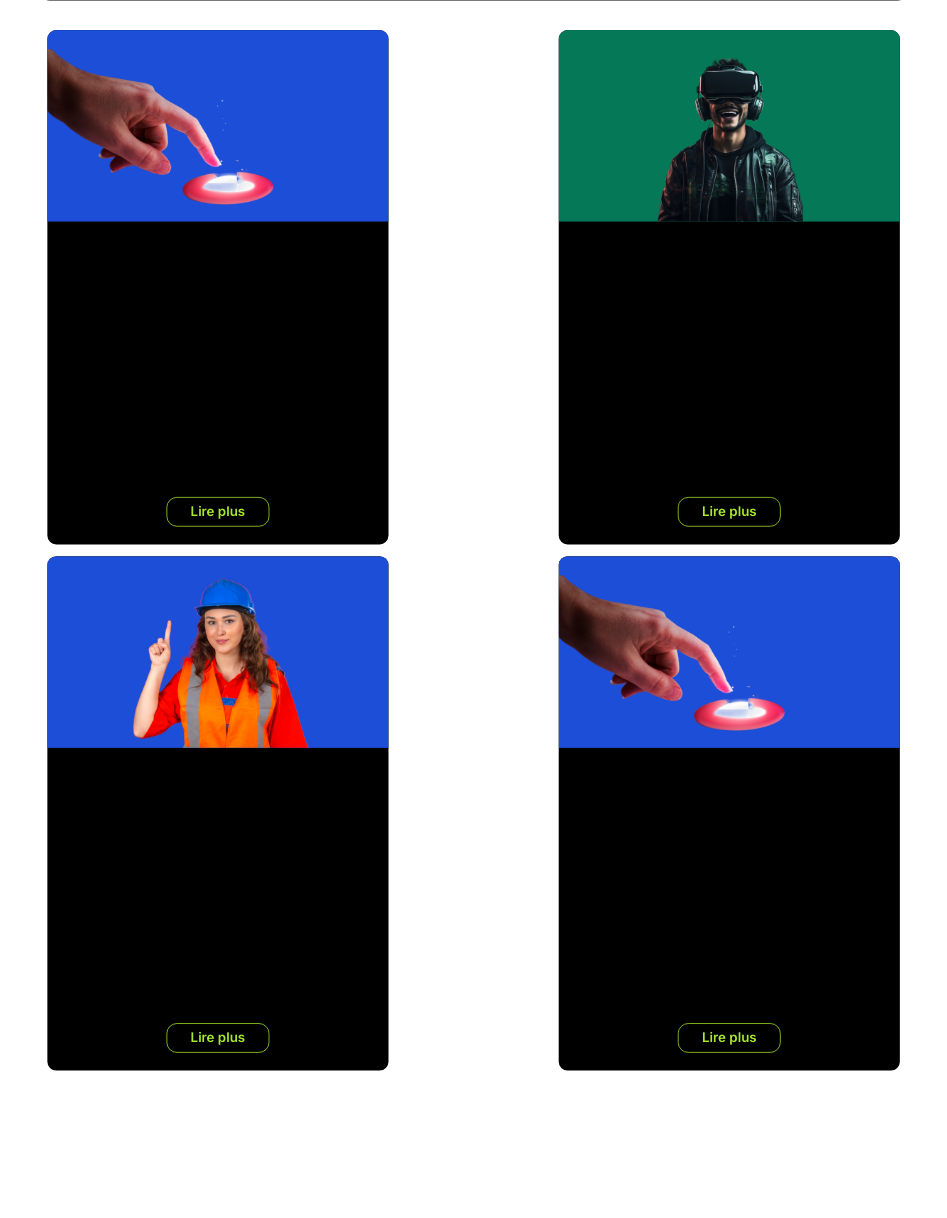
Repository: NassimeElkamari/test
Page: /blogs
The author's editor kept a copy of each file at every save. The page is drawn from the files as they stood at one save, then again after a run of saves.
The browser window is 1280 px wide. The pictures show the part of the page from y = 652 to 2298 px (the page is 2298 px tall), at 74% of full size.
The project was rebuilt for these pictures with package versions that can differ from the ones it lists, and the page was loaded fresh each time. The framework's server and built-in components were replaced by stand-ins that run in the browser. Also part of the build but not shown: next.config.mjs.

Above is the page before, as saved 2024-06-12 15:49:24.

### src/app/blogs/page.tsx
import Image from 'next/image';
import React from 'react';
import { MdDateRange } from "react-icons/md";
import BlogCard from '../../components/BlogCard';
import { cardData } from '../../data/cardData';


const Blog = () => {
  return (
    <div className='bg-white'>
      <div className='flex justify-center'>
        <h1 className="text-4xl font-bold text-center">Blog</h1>
      </div>
      <div className="relative w-[92vw] h-[85vh] mx-auto  overflow-hidden bg-black  pt-5 pl-8 flex flex-col justify-start rounded-2xl">
        <Image
          src="/bgImage.jpg"
          layout="fill"
          objectFit="cover"
          objectPosition="top"
          quality={100}
          alt="Background Image"
          className="opacity-30 bg-black"
        />
        <div className="absolute inset-0 flex flex-col justify-center text-white mt-[6%] p-4 pl-8">
          <h1 className="text-[52px] font-semibold mb-4">
          Ouvrez les portes de la connaissance <br /> avec nos Blogs stimulants
          </h1>
          <p className="text-[17px] mb-8">
          Découvrez les dernières actualités de 2peerfect dans une multitude de domaines passionnants. <br />Plongez-vous dans nos articles pour rester à jour sur les tendances les plus récentes en technologie, <br /> santé mentale, Design, Business, et bien plus encore. Avec une expertise diversifiée et des perspectives variées,<br /> 2peerfect vous offre un aperçu complet et captivant des développements les plus récents à travers différents secteurs.<br /> Ne manquez rien de ce qui se passe dans le monde, suivez 2peerfect pour rester informé et inspiré.
          </p>
          <div className="flex flex-wrap justify-between space-x-4 w-[80%]">
            <div className="bg-transparent rounded-lg shadow-md w-[15%] h-10 mb-4 border border-[#A7E92F] flex items-center justify-center">
              <h2 className="text-lg font-semibold text-center">Marketing</h2>
            </div>
            <div className="bg-transparent rounded-lg shadow-md w-[15%] h-10 mb-4 border border-[#A7E92F] flex items-center justify-center">
              <h2 className="text-lg font-semibold text-center">Design</h2>
            </div>
            <div className="bg-transparent rounded-lg shadow-md w-[15%] h-10 mb-4 border border-[#A7E92F] flex items-center justify-center">
              <h2 className="text-lg font-semibold text-center">Business</h2>
            </div>
            <div className="bg-transparent rounded-lg shadow-md w-[15%] h-10 mb-4 border border-[#A7E92F] flex items-center justify-center">
              <h2 className="text-lg font-semibold text-center">IT</h2>
            </div>
            <div className="bg-transparent rounded-lg shadow-md w-[15%] text-center h-10 mb-4 border border-[#A7E92F] flex items-center justify-center">
              <h2 className="text-lg font-semibold">Psychologie</h2>
            </div>


            {/* Add more cards as needed */}
          </div>
        </div>
      </div>
      <div className='second-section w-[90vw] mx-auto mt-10 flex justify-center'>
  <div className="flex flex-wrap gap-4 justify-between ">
  {cardData.map((card) => (
              <BlogCard
                imageSrc={card.imageSrc}
                title={card.title}
                description={card.description}
                date={card.date}
                color={card.background}
              />
          ))}
  </div>
</div>






        <div className='h-[30vh]'>

        </div>

    </div>
  );
};

export default Blog;

### src/components/BlogCard.tsx
import Image from 'next/image'
import React from 'react'
import { MdDateRange } from "react-icons/md";


const BlogCard = ({ imageSrc, title, description, date , color}) => {
  return (
    <div className='w-[40%] h-[50%] bg-black rounded-xl flex flex-col'>
    <div className="w-[100%] h-2/5 relative">
        <Image
        src={imageSrc}
        layout='responsive'
        height={100}
        width={100}
        alt="Card Image"
        className="w-full h-full rounded-t-xl "
        style={{backgroundColor: `${color}`}}
        />
    </div>
    <div className="pt-14 flex justify-center items-center flex-col px-5">
        <h1 className="text-[32px] font-semibold">{title}</h1>
        <p className="text-md mt-5">{description}</p>
    </div>
    <div className="flex items-center justify-end mt-10 mr-2">
        <MdDateRange width={70} height={70} className='mr-4'/>
        <p className="mr-2">{date}</p>
    </div>
    <div className="flex justify-center mt-8 mb-6"> {/* Added justify-center class */}
        <button className="bg-black rounded-[14px] shadow-md w-[30%] text-center h-10 border border-[#A7E92F] flex items-center justify-center">
        <h2 className="text-lg font-semibold text-[#A7E92F]">Lire plus</h2> {/* Added text-white class */}
        </button>
    </div>
    </div>
  )
}

export default BlogCard

### src/data/cardData.js
export const cardData = [
  {
    id: 1,
    imageSrc: "/card11.png",
    title: "L'impact des médias sociaux sur la santé mental",
    description: "Discuter de la façon dont les likes, les commentaires et les partages peuvent devenir une mesure de notre valeur personnelle, et comment cela peut affecter notre estime de soi et notre bien-être émotionnel...",
    date: "11 Décembre 2023",
    background: '#1D4ED8' // Background color for the first card
  },
  {
    id: 2,
    imageSrc: "/card22.png",
    title: "22222L'impact des médias sociaux sur la santé mental",
    description: "Discuter de la façon dont les likes, les commentaires et les partages peuvent devenir une mesure de notre valeur personnelle, et comment cela peut affecter notre estime de soi et notre bien-être émotionnel...",
    date: "11 Décembre 2023",
    background: '#047857' // Background color for the second card
  },
  {
    id: 3,
    imageSrc: "/card33.png",
    title: "33333L'impact des médias sociaux sur la santé mental",
    description: "Discuter de la façon dont les likes, les commentaires et les partages peuvent devenir une mesure de notre valeur personnelle, et comment cela peut affecter notre estime de soi et notre bien-être émotionnel...",
    date: "11 Décembre 2023",
    background: '#1D4ED8' // Background color for the third card
  },
  {
    id: 4,
    imageSrc: "/card11.png",
    title: "44444 des médias sociaux sur la santé mental",
    description: "Discuter de la façon dont les likes, les commentaires et les partages peuvent devenir une mesure de notre valeur personnelle, et comment cela peut affecter notre estime de soi et notre bien-être émotionnel...",
    date: "11 Décembre 2023",
    background: '#1D4ED8' // Background color for the fourth card
  },
];

Loaded but not shown: src/app/layout.tsx (common file); src/app/globals.css (common file); tailwind.config.ts (common file)

After the next 2 saves:
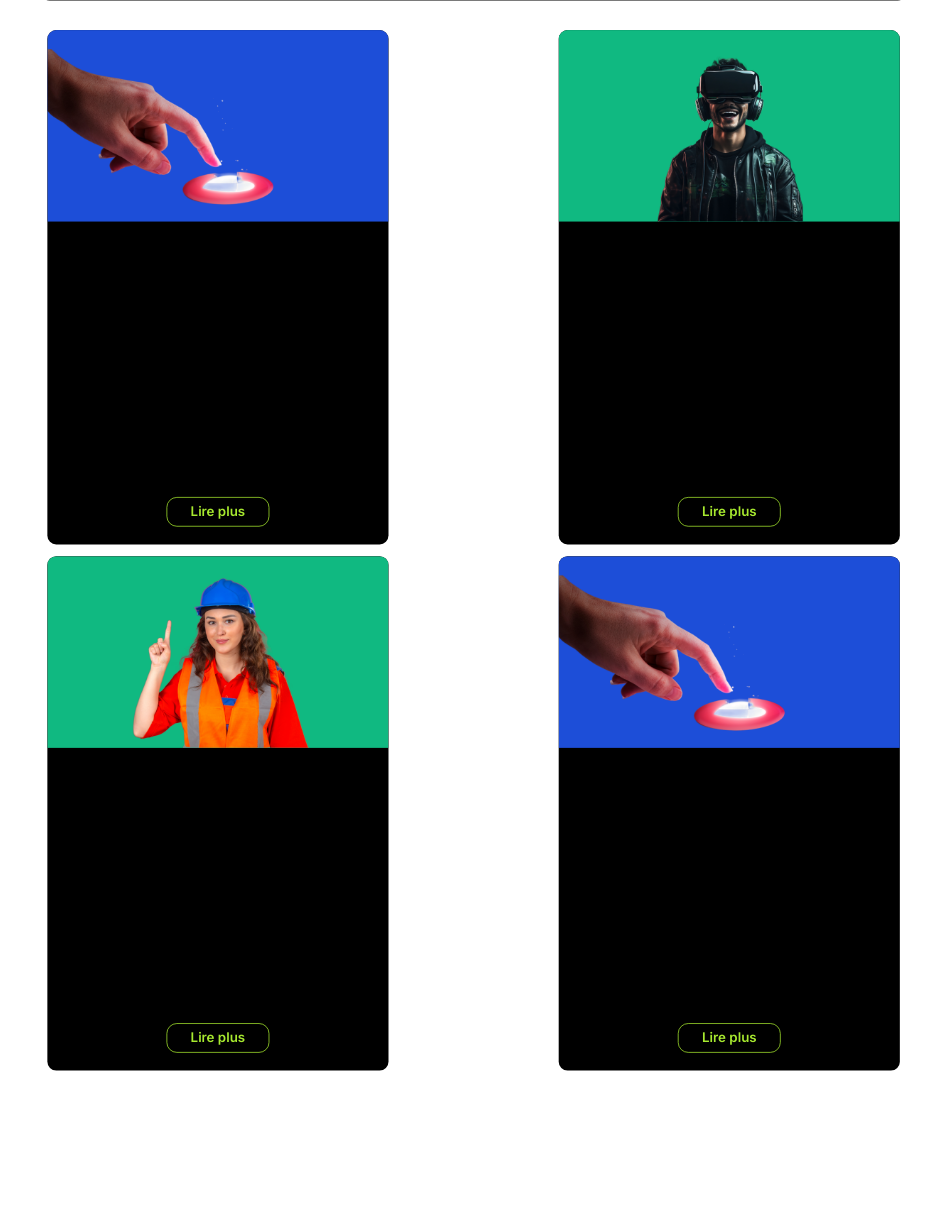
The 2 saves are shown as one change because they came seconds apart.
The last was saved 26 s later.
--- a/src/data/cardData.js
+++ b/src/data/cardData.js
@@ -13,7 +13,7 @@ export const cardData = [
     title: "22222L'impact des médias sociaux sur la santé mental",
     description: "Discuter de la façon dont les likes, les commentaires et les partages peuvent devenir une mesure de notre valeur personnelle, et comment cela peut affecter notre estime de soi et notre bien-être émotionnel...",
     date: "11 Décembre 2023",
-    background: '#047857' // Background color for the second card
+    background: '#10B981' // Background color for the second card
   },
   {
     id: 3,
@@ -21,7 +21,7 @@ export const cardData = [
     title: "33333L'impact des médias sociaux sur la santé mental",
     description: "Discuter de la façon dont les likes, les commentaires et les partages peuvent devenir une mesure de notre valeur personnelle, et comment cela peut affecter notre estime de soi et notre bien-être émotionnel...",
     date: "11 Décembre 2023",
-    background: '#1D4ED8' // Background color for the third card
+    background: '#10B981' // Background color for the third card
   },
   {
     id: 4,
